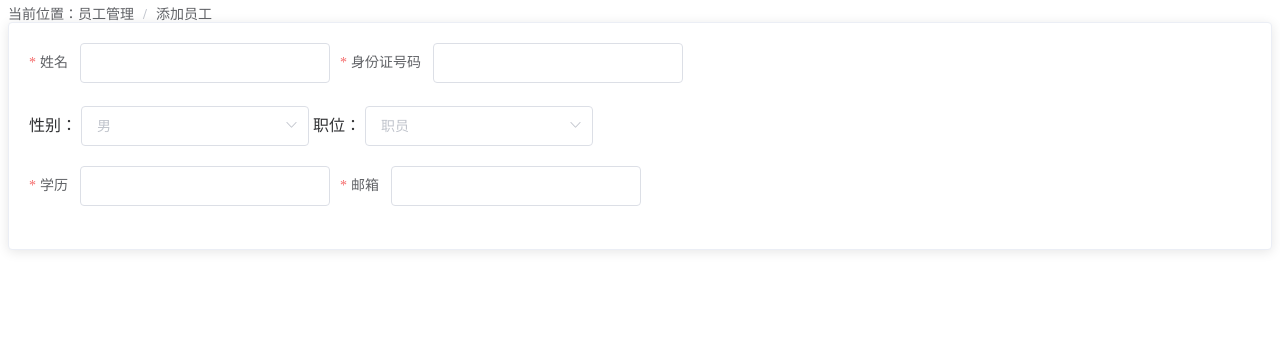
Repository: YUNjwyao/vue_hrm
Page: /#/addEmployee
These files come from the project's save history. The page is drawn as it stood at one moment and after the next save; the edit follows.
The browser window is 1280 px wide. The pictures show the whole page.
The project was rebuilt for these pictures with package versions that can differ from the ones it lists, and the page was loaded fresh each time. Also part of the build but not shown: src/components/Employee/EmployeeQuery.vue.

Above is the page before, as saved 2020-10-15 20:39:18.

After the next save:
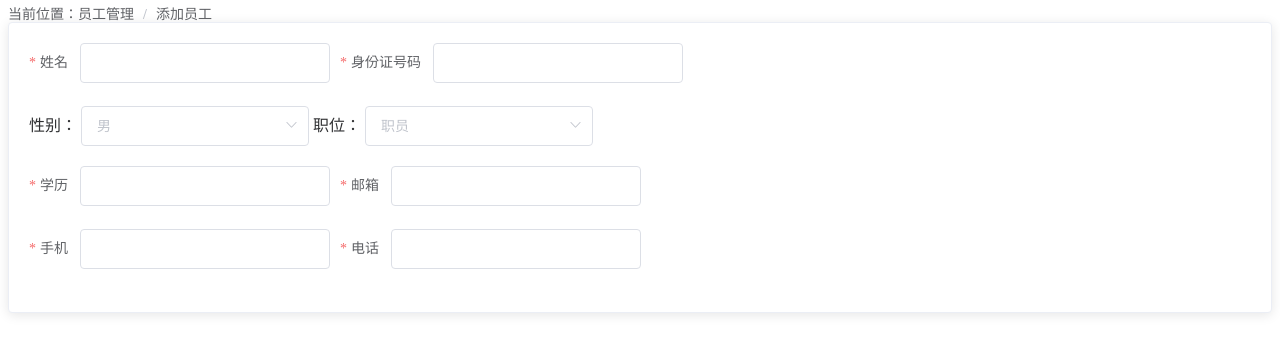
Saved 23 s later.
--- a/src/components/Employee/ShowAddEmployee.vue
+++ b/src/components/Employee/ShowAddEmployee.vue
@@ -66,6 +66,19 @@
             </el-form-item>
           </el-col>
         </el-row>
+
+		<el-row>
+          <el-col :span="8">
+            <el-form-item label="手机" prop="name">
+              <el-input v-model="addForm.name"></el-input>
+            </el-form-item>
+          </el-col>
+          <el-col :span="8">
+            <el-form-item label="电话" prop="IdNumber">
+              <el-input v-model="addForm.IdNumber"></el-input>
+            </el-form-item>
+          </el-col>
+        </el-row>
       </el-form>
     </el-card>
   </div>
